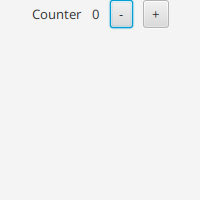
Repository: angelalvess/java-fx
Program's window: java javafx/src/counter/Contador.java
An editor plug-in stored every save of this project. The program's window is shown before and after the next save, followed by the edit.
It runs on Java 21 on a 1366 x 768 screen with JavaFX 11; the title bar is not drawn.

Above is the program's window before, as saved 2025-02-03 06:43:09.

After the next save:
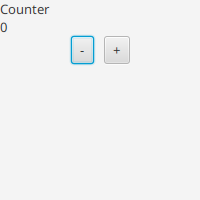
Saved 41 s later.
--- a/javafx/src/counter/Contador.java
+++ b/javafx/src/counter/Contador.java
@@ -21,9 +21,7 @@
 		Button buttonDecrement = new Button("-");
 		Button buttonIncrement = new Button("+");
 
-		VBox vBox = new VBox();
-		vBox.getChildren().add(labelTitle);
-		vBox.getChildren().add(labelNumber);
+
 
 		HBox hBox = new HBox();
 		hBox.setAlignment(Pos.CENTER);
@@ -33,6 +31,10 @@
 		hBox.getChildren().add(labelNumber);
 		hBox.getChildren().add(buttonDecrement);
 		hBox.getChildren().add(buttonIncrement);
+
+		VBox vBox = new VBox();
+		vBox.getChildren().add(labelTitle);
+		vBox.getChildren().add(labelNumber);
 
 		vBox.getChildren().add(hBox);
 
